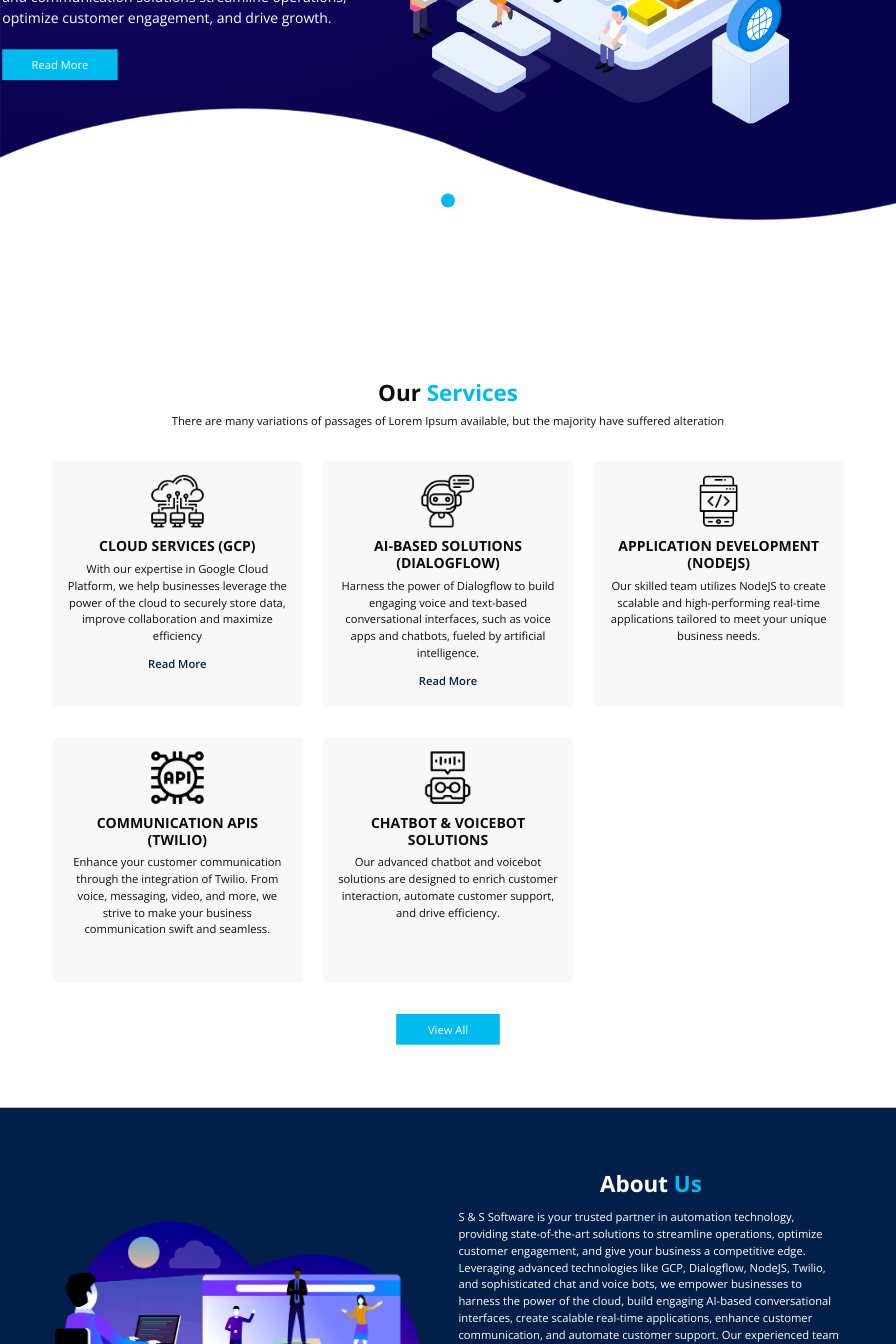
Repository: samuelsns/S-S-Software
Page: index.html
The author's editor kept a copy of each file at every save. The page is drawn from the files as they stood at one save, then again after the next save.
The browser window is 1280 px wide. The pictures show the part of the page from y = 578 to 2498 px (the page is 4849 px tall), at 70% of full size.

Above is the page before, as saved 2023-12-01 02:57:59.

### index.html
<!DOCTYPE html>
<html>
  <head>
    <!-- Basic -->
    <meta charset="utf-8" />
    <meta http-equiv="X-UA-Compatible" content="IE=edge" />
    <!-- Mobile Metas -->
    <meta
      name="viewport"
      content="width=device-width, initial-scale=1, shrink-to-fit=no"
    />
    <!-- Site Metas -->
    <meta name="keywords" content="" />
    <meta name="description" content="" />
    <meta name="author" content="" />
    <link rel="shortcut icon" href="images/favicon.png" type="" />

    <title>S&S</title>

    <!-- bootstrap core css -->
    <link rel="stylesheet" type="text/css" href="css/bootstrap.css" />

    <!-- fonts style -->
    <link
      href="https://fonts.googleapis.com/css2?family=Roboto:wght@400;500;700;900&display=swap"
      rel="stylesheet"
    />

    <!--owl slider stylesheet -->
    <link
      rel="stylesheet"
      type="text/css"
      href="https://cdnjs.cloudflare.com/ajax/libs/OwlCarousel2/2.3.4/assets/owl.carousel.min.css"
    />

    <!-- font awesome style -->
    <link href="css/font-awesome.min.css" rel="stylesheet" />

    <!-- Custom styles for this template -->
    <link href="css/style.css" rel="stylesheet" />
    <!-- responsive style -->
    <link href="css/responsive.css" rel="stylesheet" />
  </head>

  <body>
    <div class="hero_area">
      <div class="hero_bg_box">
        <div class="bg_img_box">
          <img src="images/hero-bg.png" alt="" />
        </div>
      </div>

      <!-- header section strats -->
      <header class="header_section">
        <div class="container-fluid">
          <nav class="navbar navbar-expand-lg custom_nav-container">
            <a class="navbar-brand" href="index.html">
              <span> S & S </span>
            </a>

            <button
              class="navbar-toggler"
              type="button"
              data-toggle="collapse"
              data-target="#navbarSupportedContent"
              aria-controls="navbarSupportedContent"
              aria-expanded="false"
              aria-label="Toggle navigation"
            >
              <span class=""> </span>
            </button>

            <div class="collapse navbar-collapse" id="navbarSupportedContent">
              <div class="collapse navbar-collapse" id="navbarSupportedContent">
                <ul class="navbar-nav  ">
                  <li class="nav-item active">
                    <a class="nav-link" href="index.html">Home <span class="sr-only">(current)</span></a>
                  </li>
                  <li class="nav-item">
                    <a class="nav-link" href="about.html"> About</a>
                  </li>
                  <li class="nav-item">
                    <a class="nav-link" href="service.html">Services</a>
                  </li>
                  <li class="nav-item">
                    <a class="nav-link" href="work.html">Our Work</a>
                  </li>
                </ul>
            </div>
          </nav>
        </div>
      </header>
      <!-- end header section -->
      <!-- slider section -->
      <section class="slider_section">
        <div id="customCarousel1" class="carousel slide" data-ride="carousel">
          <div class="carousel-inner">
            <div class="carousel-item active">
              <div class="container">
                <div class="row">
                  <div class="col-md-6">
                    <div class="detail-box">
                      <h1>
                        Empowering Businesses with Cutting Edge Automation
                        Solutions
                      </h1>
                      <p>Empower your business with cutting-edge automation
                        solutions from S & S Software. Our innovative cloud,
                        AI, and communication solutions streamline operations,
                        optimize customer engagement, and drive growth.</p>
                      <div class="btn-box">
                        <a href="about.html" class="btn1"> Read More </a>
                      </div>
                    </div>
                  </div>
                  <div class="col-md-6">
                    <div class="img-box">
                      <img src="images/slider-img.png" alt="" />
                    </div>
                  </div>
                </div>
              </div>
            </div>
            <div class="carousel-item">
              <div class="container">
                <div class="row">
                  <div class="col-md-6">
                    <div class="detail-box">
                      <h1>
                        Transform Customer Interactions with AI-Powered Chat & Voice Bots
                      </h1>
                      <p>
                        Elevate customer experiences with our advanced chat and voice
                        bots. Powered by artificial intelligence, personalized interactions,
                        and seamless communication.
                      </p>
                      <div class="btn-box">
                        <a href="about.html" class="btn1"> Read More </a>
                      </div>
                    </div>
                  </div>
                  <div class="col-md-6">
                    <div class="img-box">
                      <img src="images/slider2-img.png" alt="" />
                    </div>
                  </div>
                </div>
              </div>
            </div>
            <div class="carousel-item">
              <div class="container">
                <div class="row">
                  <div class="col-md-6">
                    <div class="detail-box">
                      <h1>
                        Embrace the Future of Business with Cloud-Powered Automation
                      </h1>
                      <p>
                        Harness the power of cloud technology to transform your
                        business. Our Google Cloud Platform expertise empowers
                        you to securely store data, collaborate effectively,
                        and maximize efficiency.
                      </p>
                      <div class="btn-box">
                        <a href="about.html" class="btn1"> Read More </a>
                      </div>
                    </div>
                  </div>
                  <div class="col-md-6">
                    <div class="img-box">
                      <img src="images/slider3-img.png" alt="" />
                    </div>
                  </div>
                </div>
              </div>
            </div>
          </div>
          <ol class="carousel-indicators">
            <li
              data-target="#customCarousel1"
              data-slide-to="0"
              class="active"
            ></li>
            <li data-target="#customCarousel1" data-slide-to="1"></li>
            <li data-target="#customCarousel1" data-slide-to="2"></li>
          </ol>
        </div>
      </section>
      <!-- end slider section -->
    </div>

    <!-- service section -->

    <section class="service_section layout_padding">
      <div class="service_container">
        <div class="container">
          <div class="heading_container heading_center">
            <h2>Our <span>Services</span></h2>
            <p>
              There are many variations of passages of Lorem Ipsum available,
              but the majority have suffered alteration
            </p>
          </div>
          <div class="row">
            <div class="col-md-4">
              <div class="box">
                <div class="img-box">
                  <img src="images/cloud.png" alt="" />
                </div>
                <div class="detail-box">
                  <h5>Cloud Services (GCP)</h5>
                  <p>
                    With our expertise in Google Cloud Platform,
                    we help businesses leverage the power of the
                    cloud to securely store data, improve
                    collaboration and maximize efficiency
                  </p>
                  <a href=""> Read More </a>
                </div>
              </div>
            </div>
            <div class="col-md-4">
              <div class="box">
                <div class="img-box">
                  <img src="images/ai.png" alt="" />
                </div>
                <div class="detail-box">
                  <h5>AI-Based Solutions (Dialogflow)</h5>
                  <p>
                    Harness the power of Dialogflow to build
                    engaging voice and text-based conversational
                    interfaces, such as voice apps and chatbots,
                    fueled by artificial intelligence.
                  </p>
                  <a href=""> Read More </a>
                </div>
              </div>
            </div>
            <div class="col-md-4">
              <div class="box">
                <div class="img-box">
                  <img src="images/app.png" alt="" />
                </div>
                <div class="detail-box">
                  <h5>Application Development (NodeJS)</h5>
                  <p>
                    Our skilled team utilizes NodeJS to create
                    scalable and high-performing real-time
                    applications tailored to meet your unique
                    business needs.
                  </p>
                </div>
              </div>
            </div>

            <div class="col-md-4">
              <div class="box">
                <div class="img-box">
                  <img src="images/api.png" alt="" />
                </div>
                <div class="detail-box">
                  <h5>Communication APIs (Twilio)</h5>
                  <p>
                    Enhance your customer communication through
                    the integration of Twilio. From voice,
                    messaging, video, and more, we strive to
                    make your business communication swift and seamless.
                  </p>
                </div>
              </div>
            </div>

            <div class="col-md-4">
              <div class="box">
                <div class="img-box">
                  <img src="images/voice.png" alt="" />
                </div>
                <div class="detail-box">
                  <h5>Chatbot & Voicebot Solutions</h5>
                  <p>
                    Our advanced chatbot and voicebot solutions
                    are designed to enrich customer interaction,
                    automate customer support, and drive efficiency.
                  </p>
                </div>
              </div>
            </div>
          </div>
          <div class="btn-box">
            <a href="service.html"> View All </a>
          </div>
        </div>
      </div>
    </section>

    <!-- end service section -->

    <!-- about section -->

    <section class="about_section layout_padding">
      <div class="container">
        <div class="row">
          <div class="col-md-6">
            <div class="img-box">
              <img src="images/about-img.png" alt="" />
            </div>
          </div>
          <div class="col-md-6">
            <div class="detail-box">
              <div class="heading_container heading_center">
                <h2>About <span>Us</span></h2>
              </div>
              <p>
                S & S Software is your trusted partner in automation
                technology, providing state-of-the-art solutions to
                streamline operations, optimize customer engagement,
                and give your business a competitive edge. Leveraging
                advanced technologies like GCP, Dialogflow, NodeJS,
                Twilio, and sophisticated chat and voice bots, we
                empower businesses to harness the power of the cloud,
                build engaging AI-based conversational interfaces,
                create scalable real-time applications, enhance customer
                communication, and automate customer support. Our
                experienced team of developers and consultants
                collaborates closely with you to understand your
                unique needs and deliver custom solutions that exceed
                your expectations. Discover how S & S Software can
                transform your business today.
              </p>
              <a href="about.html"> Read More </a>
            </div>
          </div>
        </div>
      </div>
    </section>

    <!-- end about section -->

    <!-- why section -->

    <section class="why_section layout_padding">
      <div class="container">
        <div class="heading_container heading_center">
          <h2>Why Choose <span>Us</span></h2>
        </div>
        <div class="col-md-8">
          <div class="box">
            <p>
              At S & S Software, we understand that technology drives business.
              That's why we offer superior customer channel automation solutions
              to help you stay ahead of the curve. Our experienced team of
              developers and consultants will work closely with you to
              understand your needs and deliver custom solutions that exceed
              your expectations. Discover how our s kills can boost your
              business today.
            </p>
          </div>
        </div>
      </div>
    </section>

    <!-- end why section -->

    <!-- client section -->
    <section class="client_section layout_padding">
      <div class="container">
        <div class="heading_container heading_center">
          <div class="our-clients">
            <ul>
              <li> <img src="images/1.png" alt=""> <img src="images/1-1.png" alt=""> </li>
              <li> <img src="images/2.png" alt=""> <img src="images/2-2.png" alt=""> </li>
              <li> <img src="images/3.png" alt=""> <img src="images/3-3.png" alt=""> </li>
              <li> <img src="images/4.png" alt=""> <img src="images/4-4.png" alt=""> </li>
              <li> <img src="images/5.png" alt=""> <img src="images/5-5.png" alt=""> </li>
              <li> <img src="images/6.png" alt=""> <img src="images/6-6.png" alt=""> </li>
            </ul>
          </div>
        </div>
      </div>
    </section>
    <!-- end client section -->

      <!-- contact section -->

  <section class="contact_section layout_padding-sm">
    <div class="contact-form">
      <h1>Contact Us</h1>
      <div class="container">
          <div class="main">
              <div class="content">
                  <h2>Contact Us</h2>
                  <form action="#" method="post">
                      <input type="text" name="name" placeholder="Enter Your Name">

                      <input type="email" name="name" placeholder="Enter Your Email">
                      <textarea name="message" placeholder="Your Message"></textarea>
           <button type="submit" class="btn">Send <i class="fas fa-paper-plane"></i></button>
                  </form>
              </div>
              <div class="form-img">
                  <img src="images/contact.png" alt="">
              </div>
          </div>
      </div>
    </div>
  </section>

  <!-- end contact section -->

    <!-- info section -->

    <section class="info_section layout_padding2">
      <div class="container">
        <div class="row">
          <div class="col-md-6 col-lg-3 info_col">
            <div class="info_contact">
              <h4>Address</h4>
              <div class="contact_link_box">
                <a href="">
                  <i class="fa fa-map-marker" aria-hidden="true"></i>
                  <span> Location </span>
                </a>
                <a href="">
                  <i class="fa fa-phone" aria-hidden="true"></i>
                  <span> Call +01 1234567890 </span>
                </a>
                <a href="">
                  <i class="fa fa-envelope" aria-hidden="true"></i>
                  <span> demo@gmail.com </span>
                </a>
              </div>
            </div>
            <div class="info_social">
              <a href="">
                <i class="fa fa-facebook" aria-hidden="true"></i>
              </a>
              <a href="">
                <i class="fa fa-twitter" aria-hidden="true"></i>
              </a>
              <a href="">
                <i class="fa fa-linkedin" aria-hidden="true"></i>
              </a>
              <a href="">
                <i class="fa fa-instagram" aria-hidden="true"></i>
              </a>
            </div>
          </div>
          <div class="col-md-6 col-lg-3 info_col">
            <div class="info_detail">
              <h4>Info</h4>
              <p>
                necessary, making this the first true generator on the Internet.
                It uses a dictionary of over 200 Latin words, combined with a
                handful
              </p>
            </div>
          </div>
          <div class="col-md-6 col-lg-2 mx-auto info_col">
            <div class="info_link_box">
              <h4>Links</h4>
              <div class="info_links">
                <a class="active" href="index.html"> Home </a>
                <a class="" href="about.html"> About </a>
                <a class="" href="service.html"> Services </a>
                <a class="" href="why.html"> Why Us </a>
                <a class="" href="team.html"> Team </a>
              </div>
            </div>
          </div>

        </div>
      </div>
    </section>

    <!-- end info section -->

    <!-- footer section -->
    <section class="footer_section">
      <div class="container">
        <p>
          &copy; <span id="displayYear"></span> All Rights Reserved by S&S
          Software
        </p>
      </div>
    </section>
    <!-- footer section -->

    <!-- jQery -->
    <script type="text/javascript" src="js/jquery-3.4.1.min.js"></script>
    <!-- popper js -->
    <script
      src="https://cdn.jsdelivr.net/npm/popper.js@1.16.0/dist/umd/popper.min.js"
      integrity="sha384-Q6E9RHvbIyZFJoft+2mJbHaEWldlvI9IOYy5n3zV9zzTtmI3UksdQRVvoxMfooAo"
      crossorigin="anonymous"
    ></script>
    <!-- bootstrap js -->
    <script type="text/javascript" src="js/bootstrap.js"></script>
    <!-- owl slider -->
    <script
      type="text/javascript"
      src="https://cdnjs.cloudflare.com/ajax/libs/OwlCarousel2/2.3.4/owl.carousel.min.js"
    ></script>
    <!-- custom js -->
    <script type="text/javascript" src="js/custom.js"></script>
  </body>
</html>

### css/responsive.css
@media (max-width: 1300px) {
}

@media (max-width: 1120px) {
}

@media (max-width: 992px) {
  .hero_area {
    min-height: auto;
  }

  .hero_area {
    background: linear-gradient(130deg, #231a6f, #0f054c);
  }

  .hero_area .hero_bg_box {
    display: none;
  }

  .slider_section {
    padding: 45px 0 75px 0;
  }

  .custom_nav-container .navbar-nav {
    padding-top: 15px;
    align-items: center;
  }

  .custom_nav-container .navbar-nav .nav-item .nav-link {
    padding: 5px 25px;
    margin: 5px 0;
  }

  .story_section .detail-box p {
    width: 80vw;
  }
}

@media (max-width: 768px) {
  .about_section .img-box {
    margin-bottom: 45px;
  }

  .contact-form .main {
    flex-direction: column;
  }
  .contact-form form {
    margin-top: 30px;
    margin-bottom: 10px;
  }
  .form-img {
    border-radius: 0;
    border-bottom-left-radius: 8px;
    border-bottom-right-radius: 8px;
    order: 2;
  }
  .content {
    order: 1;
    border-top-left-radius: 8px;
    border-top-right-radius: 8px;
  }
}

@media (max-width: 576px) {
  .header_section .header_top .contact_nav a span {
    display: none;
  }

  .client_section .client_container {
    width: 100%;
  }

  .client_section .box {
    margin: 0;
  }

  .owl-nav {
    display: flex;
    justify-content: center;
    margin-top: 45px;
  }

  .client_section .owl-carousel .owl-nav .owl-prev,
  .client_section .owl-carousel .owl-nav .owl-next {
    position: unset;
    margin: 0 2.5px;
  }

  .story_section .detail-box p {
    width: auto;
  }
}

@media (max-width: 480px) {
  .slider_section .detail-box h1 {
    font-size: 2rem;
  }

  .track_section form {
    flex-direction: column;
    align-items: flex-start;
  }

  .track_section form input {
    width: 100%;
  }

  .track_section form button {
    padding: 10px 60px;
    margin-top: 10px;
  }

  .story_section .detail-box p {
    width: auto;
  }
}

@media (max-width: 420px) {
  .service_section .box {
    flex-direction: column;
  }

  .service_section .box .img-box {
    justify-content: flex-start;
    margin-bottom: 15px;
  }

  .story_section .detail-box p {
    width: auto;
  }
}

@media (max-width: 376px) {
  .story_section .detail-box p {
    width: auto;
  }
}

@media (min-width: 1200px) {
  .container {
    max-width: 1170px;
  }
}

Loaded but not shown: css/bootstrap.css (library); css/font-awesome.min.css (library); js/jquery-3.4.1.min.js (library); js/bootstrap.js (library); js/custom.js (43 lines, source omitted); css/style.css (863 lines, source omitted)

After the next save:
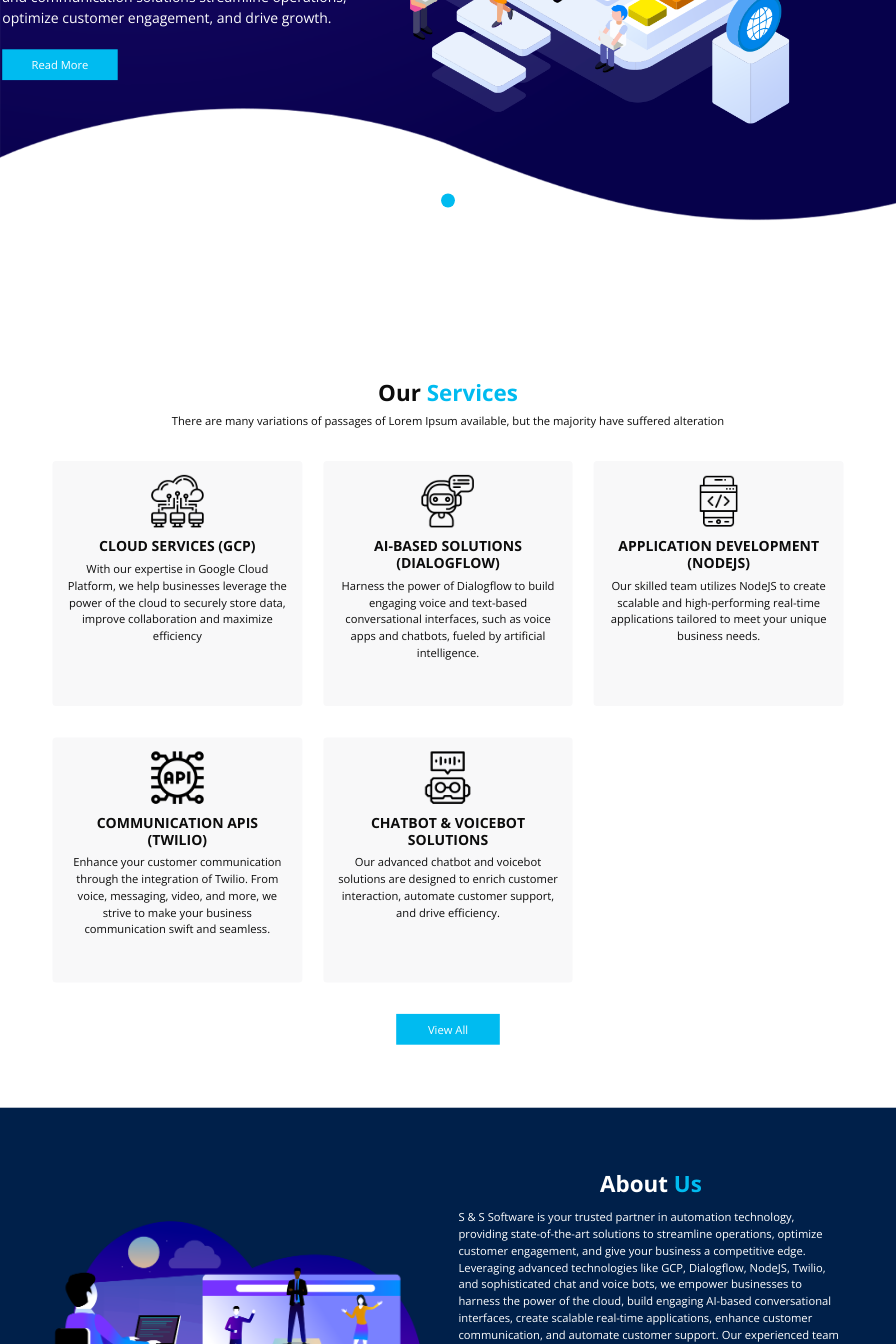
Saved 13 s later.
--- a/index.html
+++ b/index.html
@@ -215,7 +215,6 @@
                     cloud to securely store data, improve
                     collaboration and maximize efficiency
                   </p>
-                  <a href=""> Read More </a>
                 </div>
               </div>
             </div>
@@ -232,7 +231,6 @@
                     interfaces, such as voice apps and chatbots,
                     fueled by artificial intelligence.
                   </p>
-                  <a href=""> Read More </a>
                 </div>
               </div>
             </div>
